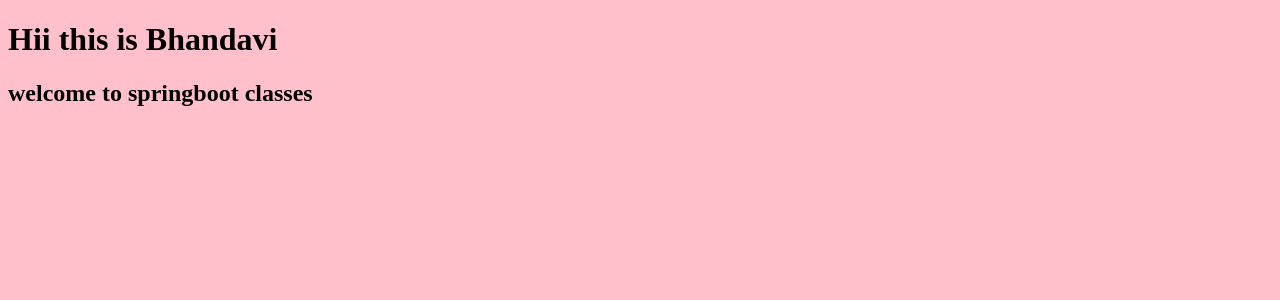
Repository: Bhandavi123/SpringPrograms
Page: SpringBootEx1/src/main/webapp/data.html
An editor plug-in stored every save of this project. The page is shown before and after the next save, followed by the edit.
The browser window is 1280 px wide. The pictures show the whole page.

Above is the page before, as saved 2024-03-19 09:29:29.

After the next save:
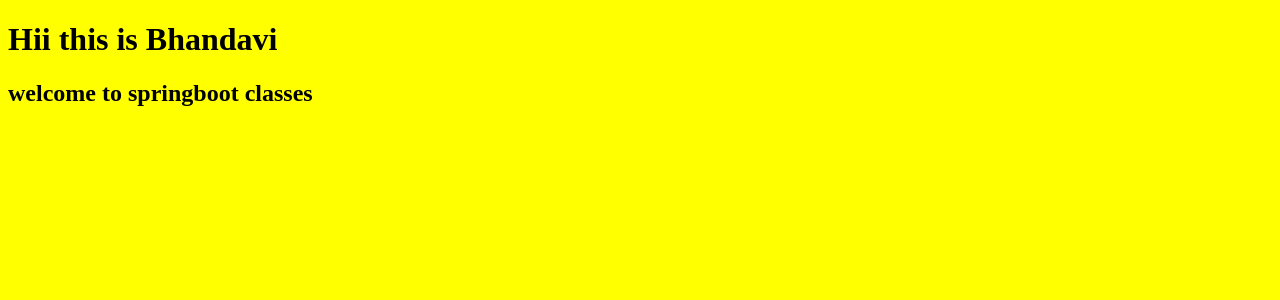
Saved 79 s later.
--- a/SpringBootEx1/src/main/webapp/data.html
+++ b/SpringBootEx1/src/main/webapp/data.html
@@ -4,7 +4,7 @@
 <meta charset="ISO-8859-1">
 <title>Insert title here</title>
 </head>
-<body bgcolor="pink">
+<body bgcolor="yellow">
    <h1>Hii this is Bhandavi</h1>
    <h2>welcome to springboot classes</h2>
 
